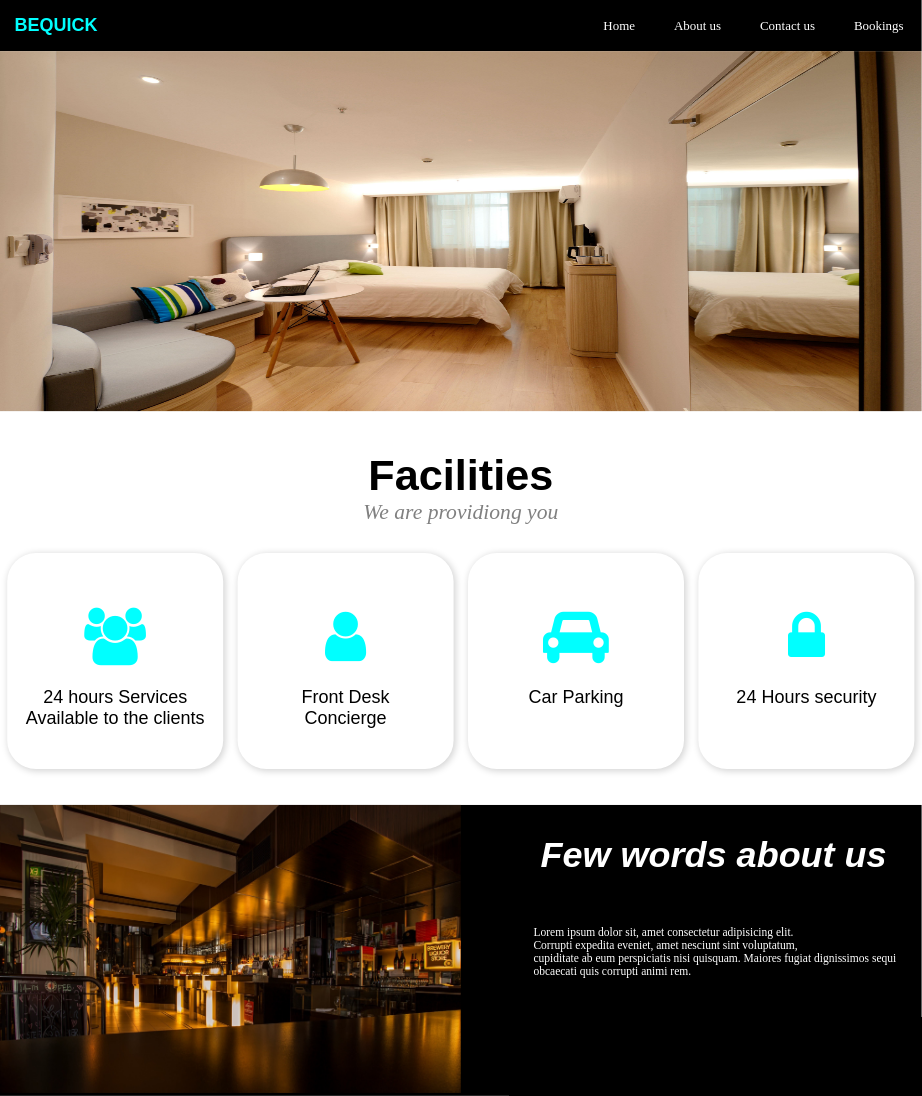
Repository: Ayushi6Sharma/BEQUICK_Hotel_Booking_Web
Page: index.html
The author's editor kept a copy of each file at every save. The page is drawn from the files as they stood at one save, then again after the next save.
The browser window is 1280 px wide. The pictures show the whole page, at 72% of full size.

Above is the page before, as saved 2022-05-09 01:57:39.

### index.html
<!DOCTYPE html>
<html lang="en">
<head>
    <meta charset="UTF-8">
    <meta http-equiv="X-UA-Compatible" content="IE=edge">
    <meta name="viewport" content="width=device-width, initial-scale=1.0">
    <link rel="stylesheet" href="style.css">
    <!-- <link rel="stylesheet" href="https://cdn.jsdelivr.net/npm/@fortawesome/fontawesome-free@5.15.4/css/fontawesome.min.css" integrity="sha384-jLKHWM3JRmfMU0A5x5AkjWkw/EYfGUAGagvnfryNV3F9VqM98XiIH7VBGVoxVSc7" crossorigin="anonymous"> -->
    <!-- <link href="https://cdnjs.cloudflare.com/ajax/libs/font-awesome/5.13.0/css/all.min.css" rel="stylesheet"> -->
    <link rel="stylesheet" href="https://stackpath.bootstrapcdn.com/font-awesome/4.7.0/css/font-awesome.min.css" integrity="sha384-wvfXpqpZZVQGK6TAh5PVlGOfQNHSoD2xbE+QkPxCAFlNEevoEH3Sl0sibVcOQVnN" crossorigin="anonymous">

</head>
    <title>Document</title>
</head>
<body>
    <main>
        <nav class="nav">

            <ul class="nav-list">
                <span class="logo">BEQUICK</span>
                <li><a href="#">Home</a></li>
                <li><a href="#">About us</a></li>
                <li><a href="#">Contact us</a></li>
                <li><a href="#">Bookings</a></li>
            </ul>
        </nav>
        <section>
            <div class="hotel-main-image">
                <!-- <div class="bookings-btn">Bookings</div> -->
                <img src="./images/hotel-img-2.jpg" class="hotel-img-2">
            </div>
        </section>
        <!-- section 2  -->
        <section>
            <div class="section2-facilities">
               <div class="main-facilities">Facilities</div>
                <div class="main-facilities-lower">We are providiong you </div>
            </div>
            <div class="flex1-container1">
                <div class="flex1-item1">
                    <div class="facilities">
                        <i class="fa fa-users fa-5x"></i>
                        <div class="facilities-content">
                            24 hours Services Available to the clients
                        </div>
                    </div>
                </div>
                <div class="flex1-item2">
                    <div class="facilities">
                        <i class="fa fa-user fa-5x"></i>
                        <div class="facilities-content">
                            Front Desk
                            <br/>Concierge
                        </div>
                    </div>
                </div>
                <div class="flex1-item3">
                    <div class="facilities">
                        <i class="fa fa-car fa-5x"></i>
                        <div class="facilities-content">
                            Car Parking
                        </div>
                    </div>
                </div>
                <div class="flex1-item4">
                    <div class="facilities">
                        <i class="fa fa-lock fa-5x"></i>
                        <div class="facilities-content">
                            24 Hours security
                        </div>
                    </div>
                </div>
            </div>
        </section>
        <!-- section 3 -->
        <section>
            <div class="about">
                <div>
                    <img src="./images/hotel-img-3.jpg" class="about-image">
                </div>
                <div class="about-content">
                    <div class="about-content-1">
                        Few words about us
                    </div>
                    <div class="about-content-2">
                        Lorem ipsum dolor sit, amet consectetur adipisicing elit.
                        <br/>Corrupti expedita eveniet, amet nesciunt sint voluptatum,
                        <br> cupiditate ab eum perspiciatis nisi quisquam. Maiores fugiat dignissimos sequi
                        <br> obcaecati quis corrupti animi rem.
                    </div>
                </div>
            </div>
        </section>
    </main>
</body>
</html>

### style.css
*
{
    padding: 0px;
    margin: 0px;
    box-sizing: border-box;
}
/* nav */
.nav
{
    background-color: black;
}
.nav-list
{
    list-style-type:none;
    width: 100%;
    text-align: end;
}
.nav-list > li
{
    display: inline-block;
    padding: 25px;
    font-size: 18px;
}
.nav-list li a
{
    text-decoration: none;
    color:white;
}
.nav-list li a:hover
{
    color: aquamarine;
}
.logo
{
    padding: 20px;
    color:aqua;
    float: left;
    font-size: 25px;
    font-weight: bolder;
    font-family: sans-serif;
}
/* section 1 */
/* main image */
.hotel-img-2
{
    width: 100%;
    height:500px;
}
hotel-main-image
{
    position: relative;
}
/* .bookings-btn
{
    width:250px;
    height: 60px;
    background-color: black;
    color:white;
    border-radius: 40px;
    text-align: center;
    padding-top: 15px;
    font-size:25px;
    font-family: sans-serif;
    position: absolute;
} */

/* section 2 */
.flex1-container1
{
    display: flex;
    flex-direction: row;
    flex-wrap: wrap;
    margin-top: 40px;
    justify-content: space-around;
    align-content:space-around;
}
/* Facilities */
.section2-facilities
{
    text-align: center;
    margin-top:50px;
}
.main-facilities
{
    font-size: 60px;
    font-weight: bold;
    font-family: sans-serif;
}
.main-facilities-lower
{
    font-size: 30px;
    font-style: italic;
    color:grey;
}
.facilities
{
    width:300px;
    height:300px;
    text-align:center;
    border-radius: 40px;
    box-shadow: 2px 2px 10px 1px lightgrey;
}
.fa
{
    color:aqua;
    margin-top:25%;
}
.facilities-content
{   margin-top: 30px;
    font-size: 25px;
    font-family:sans-serif;
}
/* section 3 */
.about{
    margin-top: 50px;
    display: flex;
    flex-wrap: wrap;
    background-color:black;
}
.about-image
{
    width:90%;
    height:400px;
}
.about-content-1
{
    font-size: 50px;
    font-weight: bold;
    font-family: sans-serif;
    margin: auto;
    color: white;
    font-style: italic;
    padding: 40px;
}
.about-content-2
{
    color:white;
    word-wrap: break-word;
    padding: 30px;
}

After the next save:
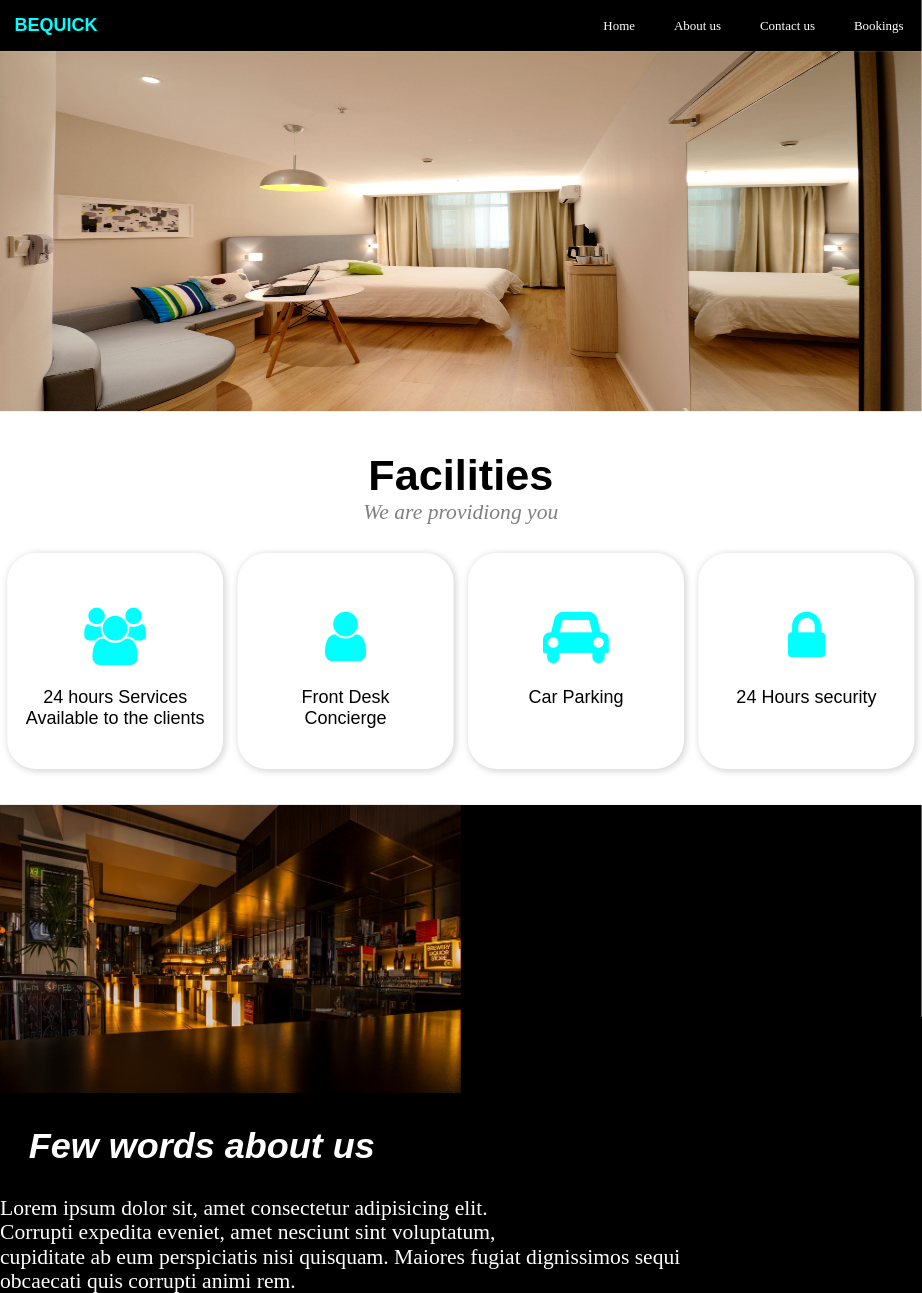
Saved 32 s later.
--- a/style.css
+++ b/style.css
@@ -136,5 +136,5 @@ hotel-main-image
 {
     color:white;
     word-wrap: break-word;
-    padding: 30px;
+    font-size: 30px;
 }
